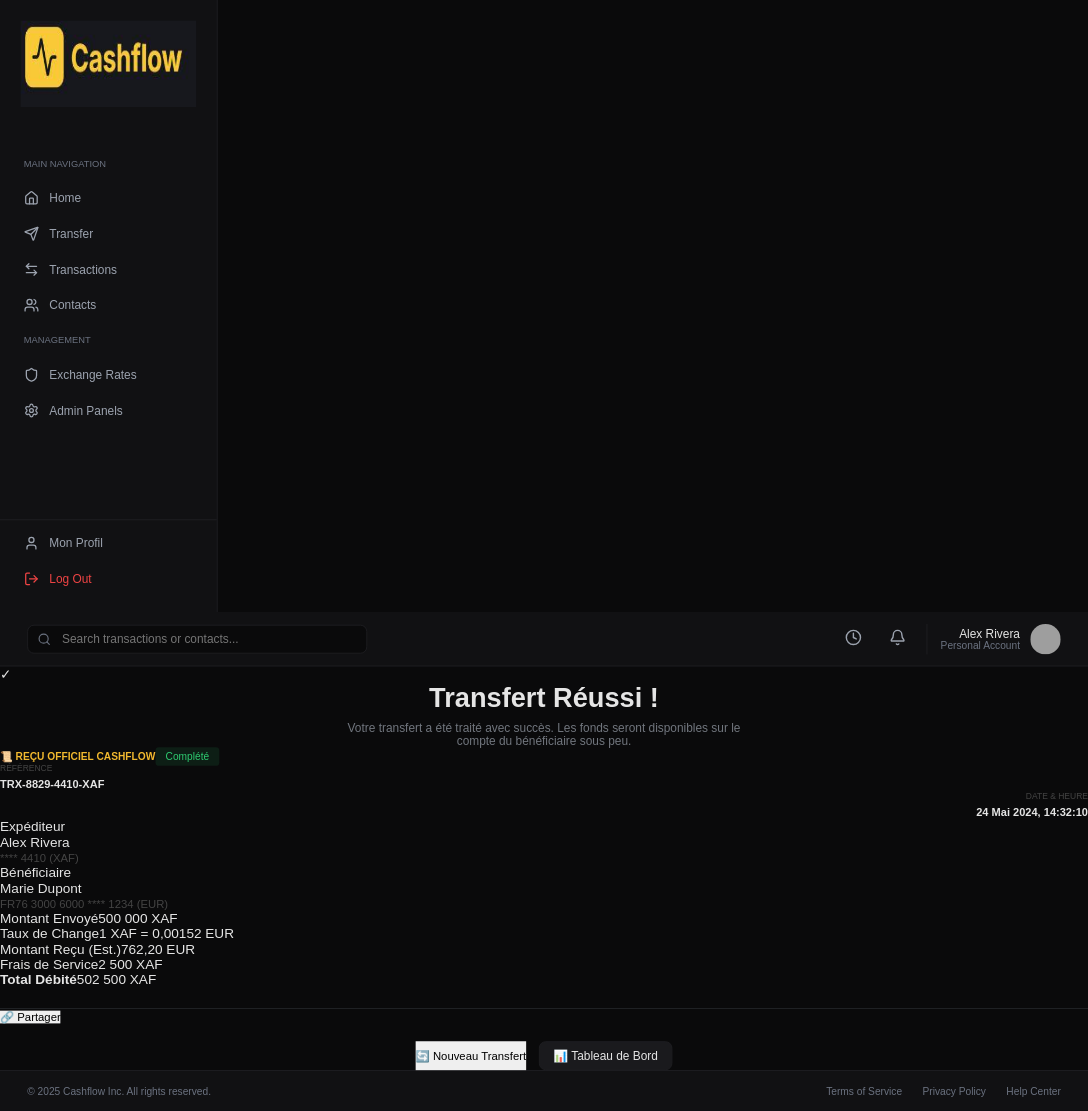
Repository: laetitiamaelle/GROUEPE5_PROGRAMMATIONWEBII_PLATEFORME_DE_TRANSFERT_MULTIDEVISE
Page: /confirmation
These files come from the project's save history. The page is drawn as it stood at one moment and after the next save; the edit follows.
The browser window is 1280 px wide. The pictures show the whole page, at 85% of full size.
Pictures or frames that could not be fetched are drawn as grey boxes. The project was rebuilt for these pictures with package versions that can differ from the ones it lists, and the page was loaded fresh each time. The framework's server and built-in components were replaced by stand-ins that run in the browser. Also part of the build but not shown: next.config.ts.

Above is the page before, as saved 2026-05-21 10:30:38.

After the next save:
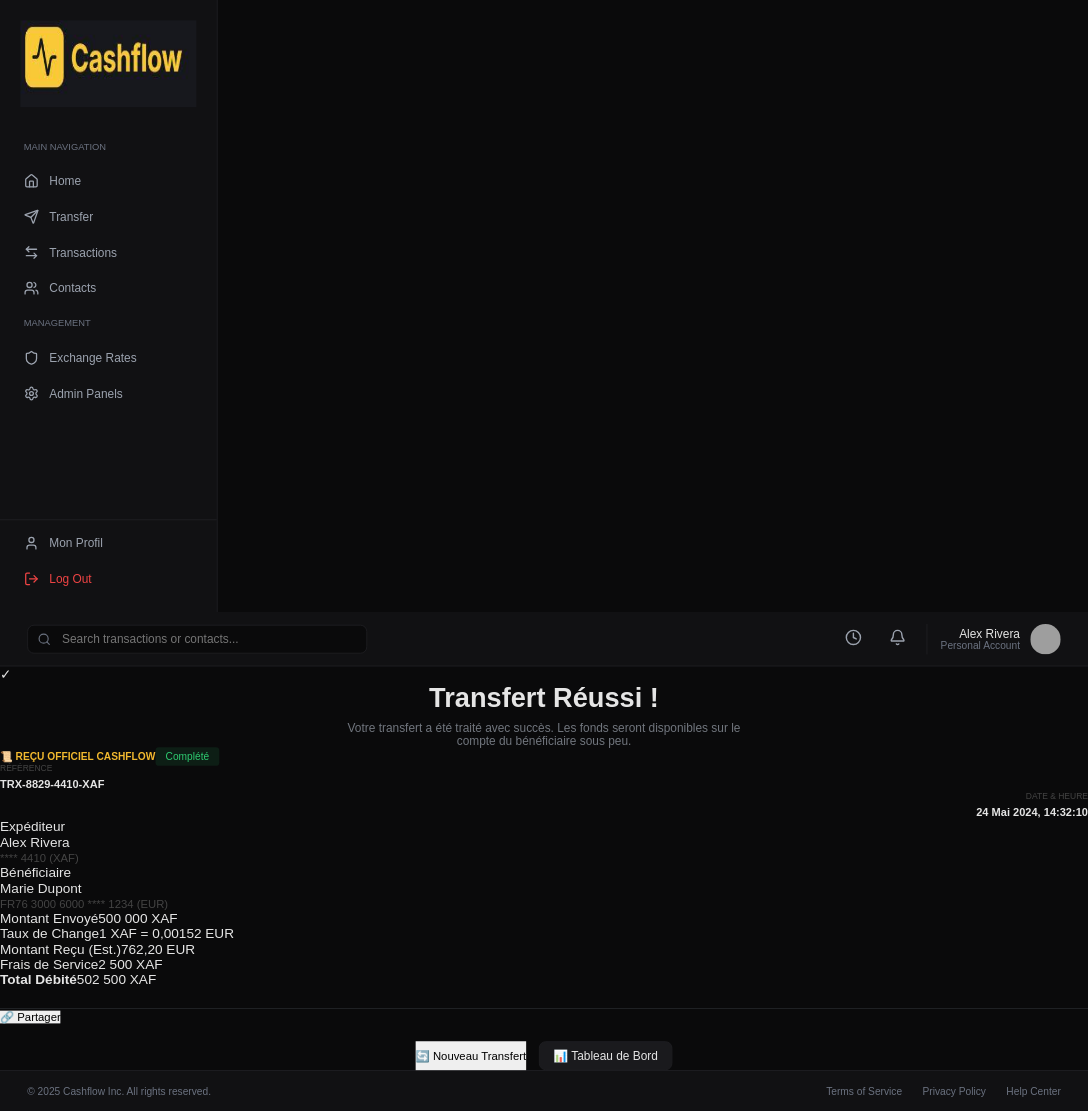
Saved 26 s later.
--- a/styles/Sidebar.css
+++ b/styles/Sidebar.css
@@ -12,9 +12,7 @@
     position: relative;
     width: 100%;
     height: 150px;
-    margin-bottom: 20px;
     overflow: hidden;
-    border-radius: 8px;
 }
 
 .logo-img {
